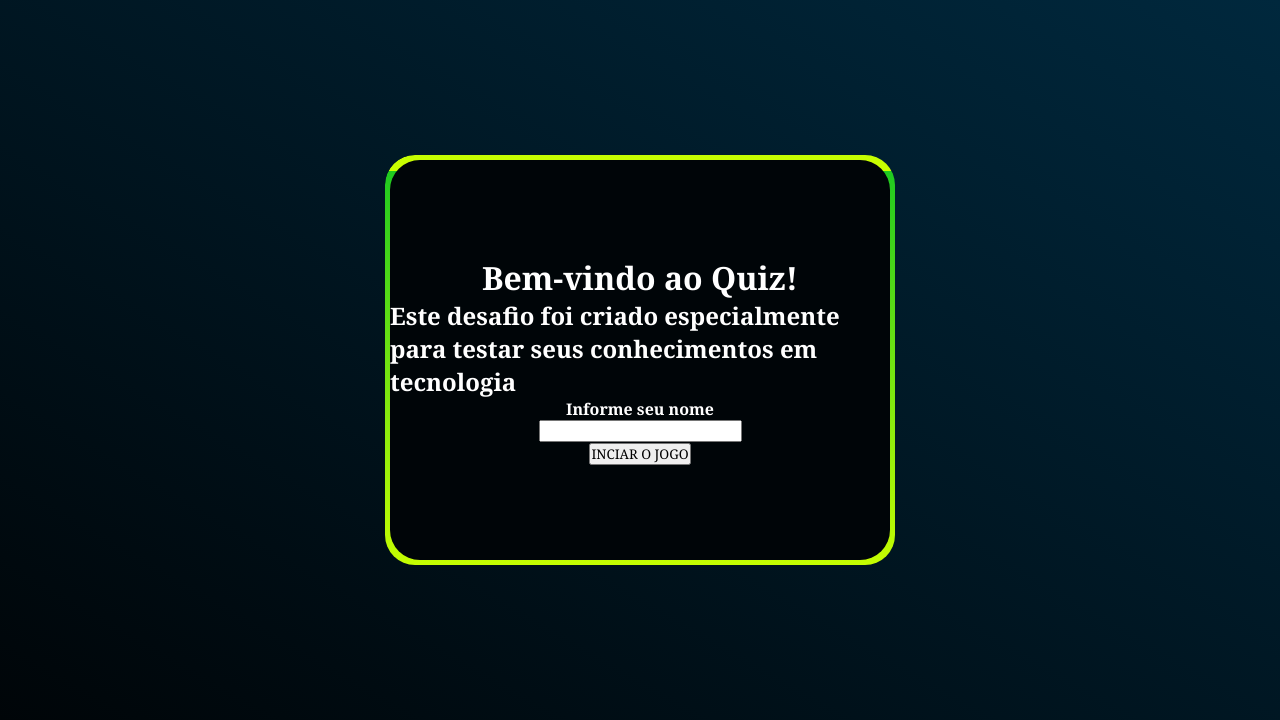
Repository: LaisSilvaO/Projeto-Quizz
Page: telas/apresentação.html
These files come from the project's save history. The page is drawn as it stood at one moment and after the next save; the edit follows.
The browser window is 1280 px wide. The pictures show the whole page.

Above is the page before, as saved 2024-12-25 21:11:58.

### telas/apresentação.html
<!DOCTYPE html>
<html lang="pt-br">

<head>
    <meta charset="UTF-8">
    <meta name="viewport" content="width=device-width, initial-scale=1.0">
    <title>Quiz</title>
    <link rel="stylesheet" href="../img/tela.css">
</head>

<body>
    <div class="box1">
        <div class="box2">
            <H1> Bem-vindo ao Quiz!</H1>

            <h2>Este desafio foi criado especialmente para testar seus conhecimentos em tecnologia


            </h2>
            <h4>Informe seu nome </h4>
            <input type="text" id="nome">
            <A href="index.html">
                <h4><button>INCIAR O JOGO</button></h4>
            </A>
        </div>
    </div>

</body>

</html>

### img/tela.css
* {
  margin: 0;
  padding: 0;
  box-sizing: border-box;
  font-family: Cambria, Cochin, Georgia, Times, 'Times New Roman', serif;
}

body {
  height: 100vh;
  display: flex;
  justify-content: center;
  align-items: center;
  background: linear-gradient(210deg, #00283d, #000508);
}

main {
  background-color: white;
  padding: 10px;
  border-radius: 10px;
  width: 100%;
  max-width: 600px;
  min-height: 400px;
  display: flex;
  justify-content: center;
  align-items: center;
}

.box1{
  position: relative;
  width: 510px;
  height: 410px;

  border-radius: 30px;
  display: flex;
  justify-content: center;
  align-items: center;
  flex-direction: column;
  overflow: hidden;

}
.box2 {
  position: relative;
  width: 500px;
  height: 400px;
  background-color: #000508;
  border-radius: 30px;
  display: flex;
  justify-content: center;
  align-items: center;
  flex-direction: column;
  overflow: hidden;
  color: white;
}

/* Borda animada externa */
.box1::before {
  content: '';
  position: absolute;
  top: 0;
  left: 0;
  width: 100%;
  height: 100%;
  border-radius: 30px;
  border: 16px solid transparent; /* Espessura da borda aumentada */
  background-image: linear-gradient(to bottom, #20ca20, #ccff00);
  background-size: 400%; /* Aumenta o tamanho da animação da borda */
  animation: borderAnimation 5s linear  infinite ;
  z-index: -1; /* Garante que a borda fique atrás do conteúdo */
}

@keyframes borderAnimation {
  0% {
    top: 0px;
    left: 0px;
}
25% {
    top: 0px;
    left: 500px; /* Canto superior direito */
}
50% {
    top: 0px;
    left: 0px; /* Canto inferior direito */
}
75% {
    top: 500px;
    left: 0px; /* Canto inferior esquerdo */
}
100% {
    top: 500px;
    left: 0px;  /* Retorna ao canto superior esquerdo */
}
}

After the next save:
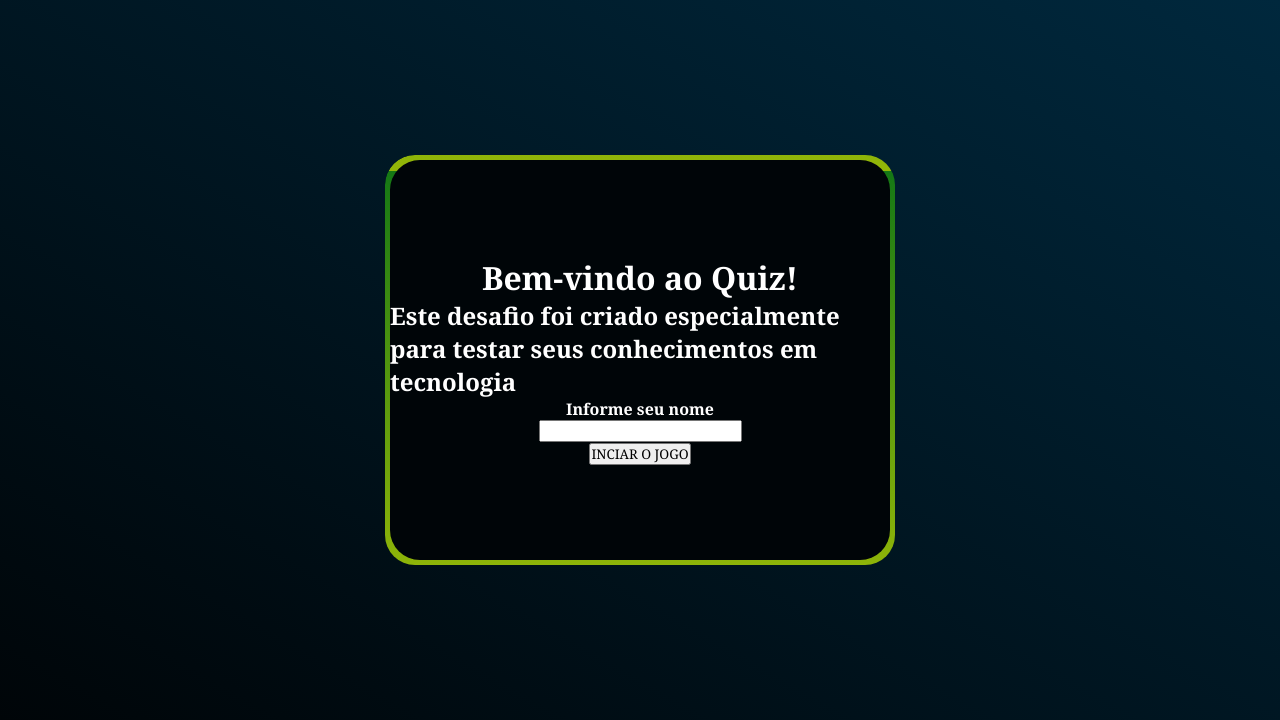
Saved 43 s later.
--- a/img/tela.css
+++ b/img/tela.css
@@ -62,7 +62,7 @@ main {
   height: 100%;
   border-radius: 30px;
   border: 16px solid transparent; /* Espessura da borda aumentada */
-  background-image: linear-gradient(to bottom, #20ca20, #ccff00);
+  background-image: linear-gradient(to bottom, #157815, #93b608);
   background-size: 400%; /* Aumenta o tamanho da animação da borda */
   animation: borderAnimation 5s linear  infinite ;
   z-index: -1; /* Garante que a borda fique atrás do conteúdo */
